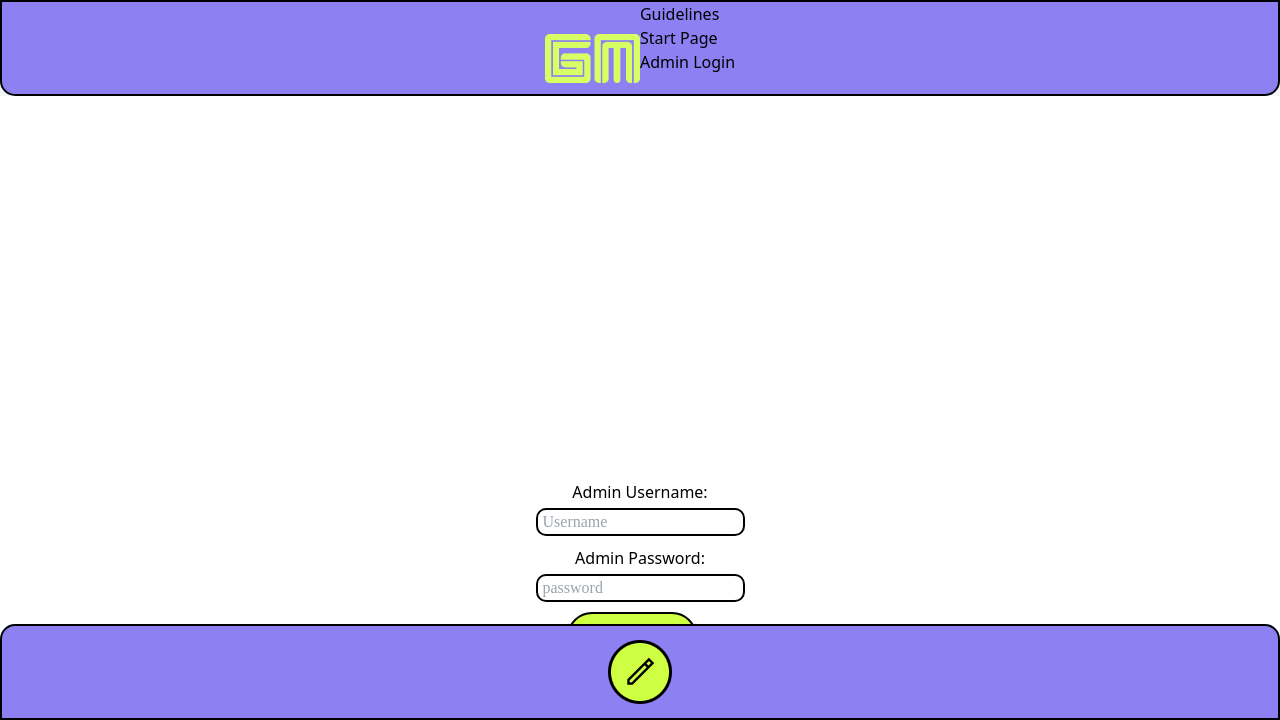
Repository: Yahya9102/Java22-ux22-Sideproject-main
Page: /adminLogin
These files come from the project's save history. The page is drawn as it stood at one moment and after the next save; the edit follows.
The browser window is 1280 px wide. The pictures show the whole page.
The project was rebuilt for these pictures with package versions that can differ from the ones it lists, and the page was loaded fresh each time. The framework's server and built-in components were replaced by stand-ins that run in the browser. Also part of the build but not shown: next.config.js.

Above is the page before, as saved 2023-05-04 14:04:13.

After the next save:
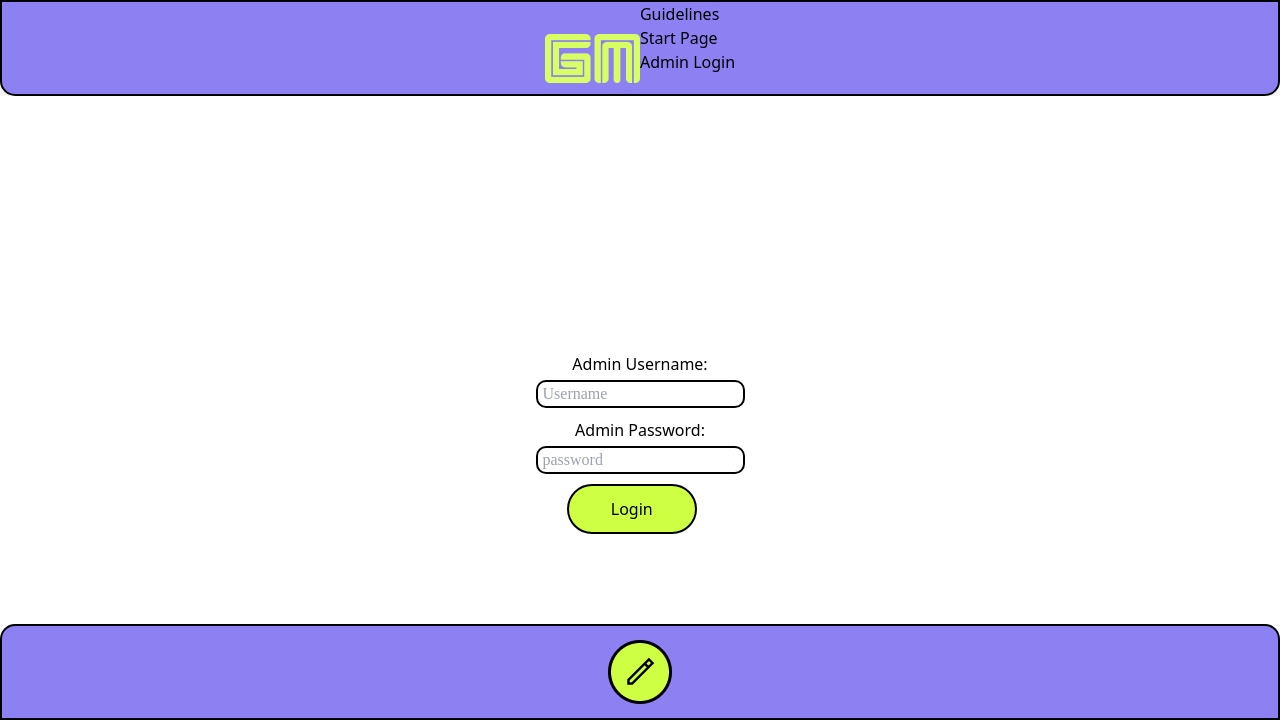
Saved 7 s later.
--- a/p-components/styles/adminLogin.module.css
+++ b/p-components/styles/adminLogin.module.css
@@ -16,7 +16,7 @@
 }
 
 .admin_body {
-  padding-top: 30%;
+  padding-top: 20%;
   display: flex;
   justify-content: center;
 }
